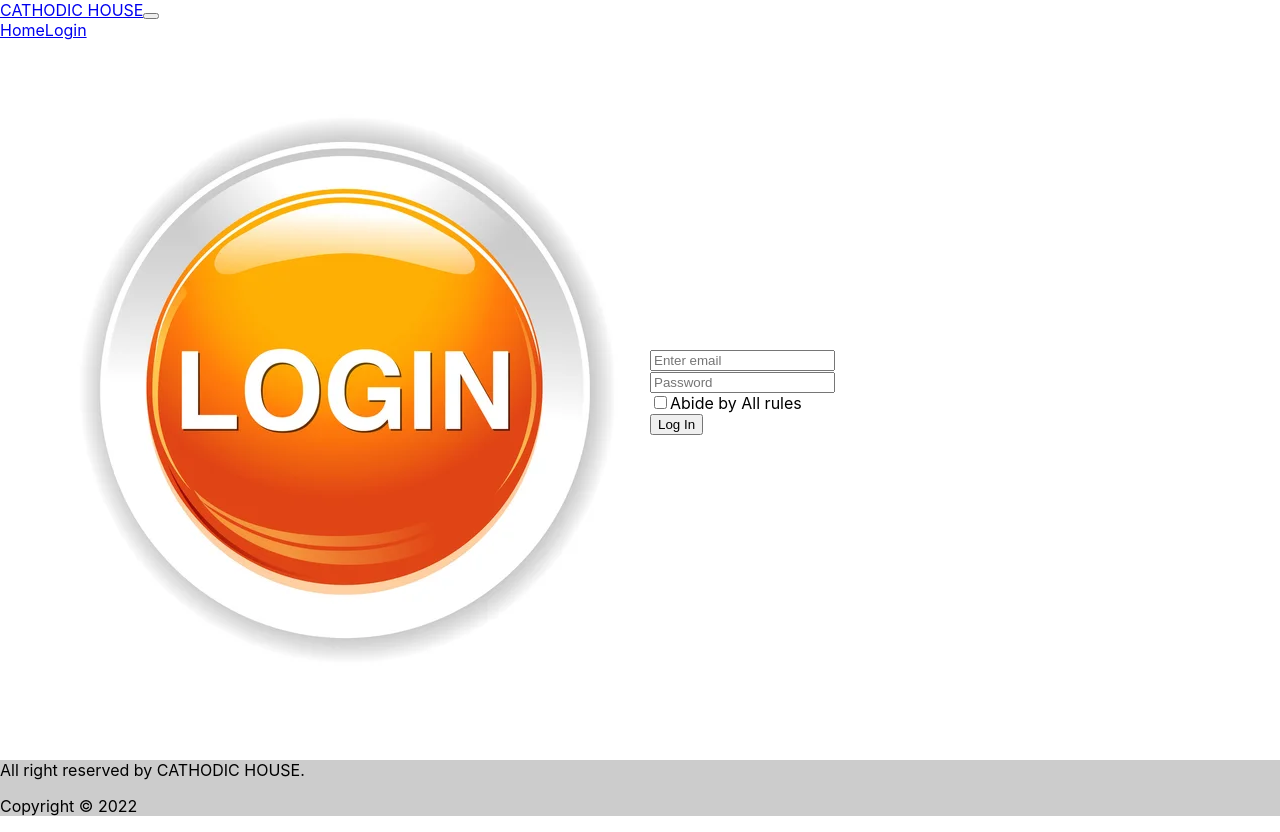
Repository: grnisna/warehouse-management-client-11
Page: /login
These files come from the project's save history. The page is drawn as it stood at one moment and after the next save; the edit follows.
The browser window is 1280 px wide. The pictures show the whole page.
The project was rebuilt for these pictures with package versions that can differ from the ones it lists, and the page was loaded fresh each time. Also part of the build but not shown: src/components/Home/Carosel/Carosel.css, src/components/Home/Carosel/Carosel.js, src/components/Hooks/UseItems/UseItems.js, src/components/Home/Item/Item.css, src/components/Home/Item/Item.js, src/components/Home/Items/Items.css, src/components/Home/Items/Items.js, src/components/Home/Home.js and 3 more.

Above is the page before, as saved 2022-05-09 20:22:38.

After the next save:
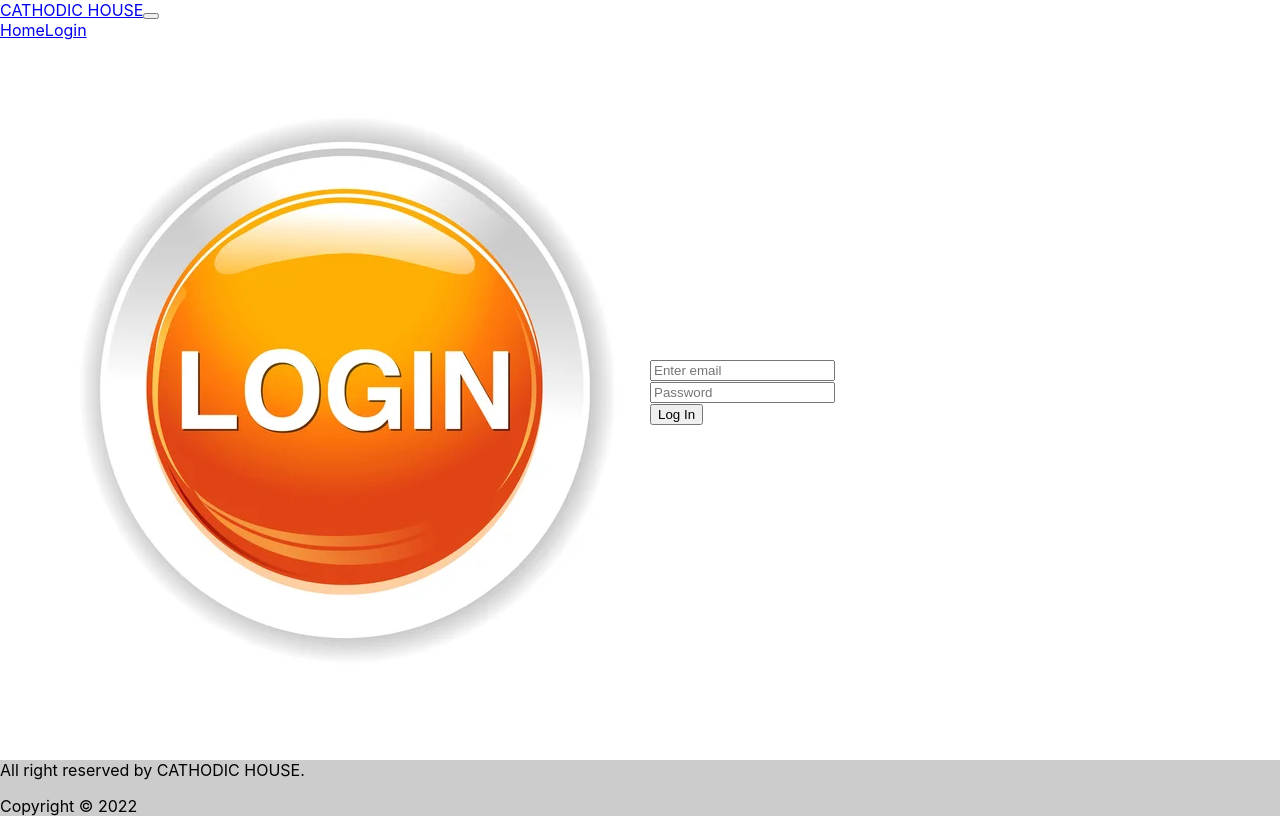
Saved 16 s later.
--- a/src/components/Login/Login/Login.js
+++ b/src/components/Login/Login/Login.js
@@ -39,9 +39,6 @@ const Login = () => {
                     <Form.Control type="password" name='password' placeholder="Password" />
                 </Form.Group>
 
-                <Form.Group className="mb-3" controlId="formBasicCheckbox">
-                    <Form.Check type="checkbox" label="Abide by All rules" />
-                </Form.Group>
 
                 <Button className='w-100' variant="primary" type="submit">
                    Log In
